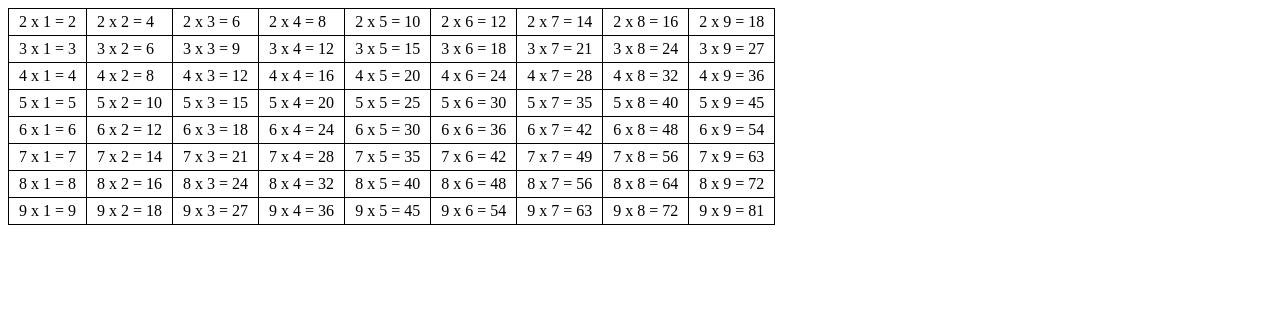
Repository: carnelli95/workspace_JSP
Page: http://localhost/MustHaveJSP/JSPMission/Gugudan2.jsp
The author's editor kept a copy of each file at every save. The page is drawn from the files as they stood at one save, then again after the next save.
The browser window is 1280 px wide. The pictures show the whole page.
The page is served by Tomcat 9.

Above is the page before, as saved 2025-09-26 08:04:08.

After the next save:
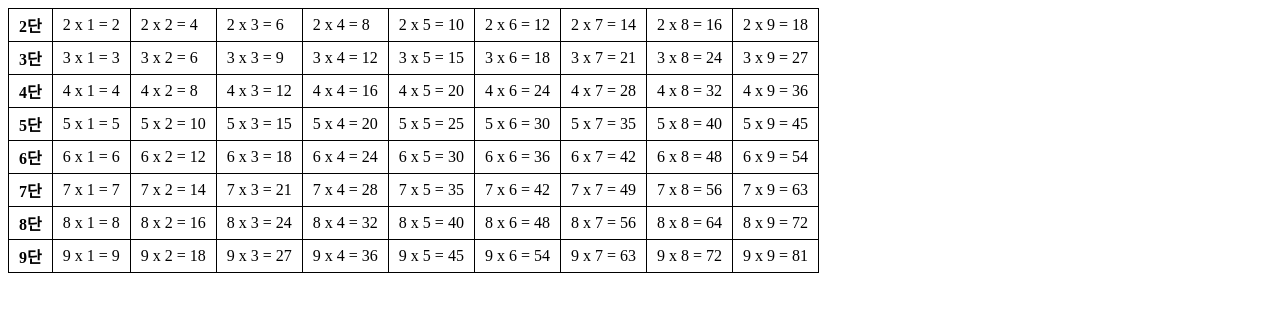
Saved 13 s later.
--- a/MustHaveJSP/src/main/webapp/JSPMission/Gugudan2.jsp
+++ b/MustHaveJSP/src/main/webapp/JSPMission/Gugudan2.jsp
@@ -25,6 +25,7 @@
 	<%
 		for(int i = 2; i <= 9; i++) {
 			out.println("<tr>");
+			out.println("<td><b>" + i + "단</b></td>");
 			for(int j = 1; j <= 9; j++) {
 				out.print("<td>" + i + " x " + j  + " = " + i * j + "</td>" + "\t");
 			}
